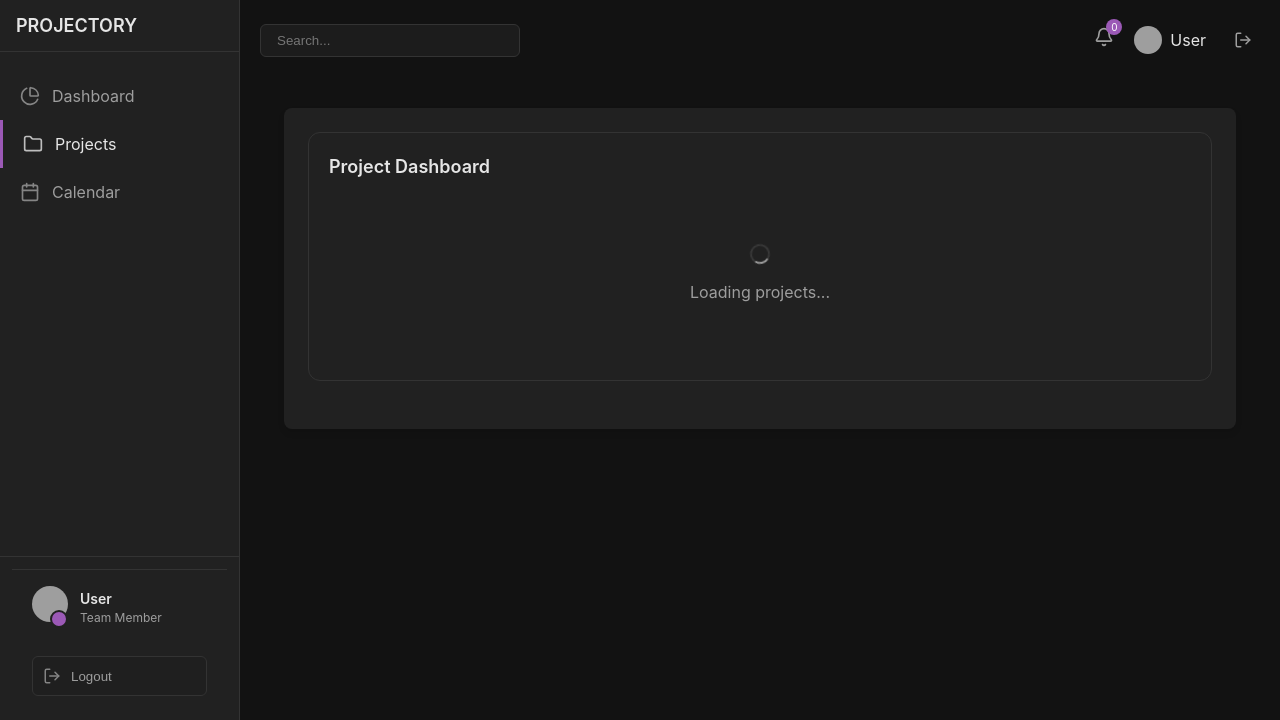
Repository: AnooshaaAli/TaskManagementAndTeamCollaborationTool
Page: /projects (app in frontend/)
The author's editor kept a copy of each file at every save. The page is drawn from the files as they stood at one save, then again after a run of saves.
The browser window is 1280 px wide. The pictures show the whole page.
Pictures or frames that could not be fetched are drawn as grey boxes. The page's requests for data from a server got no answer. The project was rebuilt for these pictures with package versions that can differ from the ones it lists, and the page was loaded fresh each time. No one was signed in, and anything a server would have sent is missing. Also part of the build but not shown: frontend/src/App.css, frontend/src/components/Button.jsx, frontend/src/components/Input.jsx, frontend/src/components/Rope.jsx, frontend/src/styles/logo.css, frontend/src/components/Logo.jsx, frontend/src/pages/LoginPage.jsx, frontend/src/pages/RegisterPage.jsx and 29 more.

Above is the page before, as saved 2025-04-28 00:31:38.

### frontend/src/pages/ProjectsPage.jsx
import React, { useState, useEffect } from 'react';
import { useNavigate } from 'react-router-dom';
import Card from '../components/Card';
import ProjectContainer from '../components/ProjectContainer';
import CalendarComponent from '../components/Calendar';
import "../styles/styles.css";
import "../styles/dashboard.css";
import "../styles/projects_container.css";
import "../styles/projects_page.css";
import { PieChart, ListTodo, Users, Folder, Calendar, Star, Bell, Activity, LogOut } from 'lucide-react';

const ProjectsPage = () => {
  const [userData, setUserData] = useState(null);
  const [loading, setLoading] = useState(true);
  const navigate = useNavigate();
  const [activeSidebarItem, setActiveSidebarItem] = useState('projects');

  useEffect(() => {
    const fetchUserData = async () => {
      try {
        const token = localStorage.getItem("jwtToken");
        const response = await fetch("http://localhost:8080/auth/user", {
          headers: { Authorization: `Bearer ${token}` }
        });
        const userData = await response.json();

        setTimeout(() => {
          setUserData(userData);
          setLoading(false);
        }, 500);
      } catch (error) {
        console.error("Error fetching user data:", error);
        setLoading(false);
      }
    };

    fetchUserData();
  }, []);

  const handleLogout = () => {
    localStorage.removeItem("jwtToken");
    window.location.href = "/login";
  };

  const handleNavigation = (path) => {
    navigate(path);
  };

  const navigateToCalendar = () => {
    setActiveSidebarItem('calendar');
  };

  if (loading) {
    return (
      <div className="dashboard-loading">
        <div className="loading-spinner"></div>
        <p>Loading your workspace...</p>
      </div>
    );
  }

  return (
    <div className="dashboard-container dark-theme">
      <div className="dashboard-sidebar">
        <div className="sidebar-header">
          <h2>PROJECTORY</h2>
        </div>

        <nav className="sidebar-nav">
          <ul>
            <li onClick={() => handleNavigation('/dashboard')}>
              <PieChart size={20} className="nav-icon" />
              <span>Dashboard</span>
            </li>
            <li
              className={activeSidebarItem === 'projects' ? 'active' : ''}
              onClick={() => setActiveSidebarItem('projects')}
              style={{ cursor: 'pointer' }}
            >
              <Folder size={20} className="nav-icon" />
              <span>Projects</span>
            </li>
            <li
              className={activeSidebarItem === 'calendar' ? 'active' : ''}
              onClick={navigateToCalendar}
              style={{ cursor: 'pointer' }}
            >
              <Calendar size={20} className="nav-icon" />
              <span>Calendar</span>
            </li>
          </ul>
        </nav>

        <div className="sidebar-footer">
          <div className="user-profile">
            <div className="avatar-container">
              <img src={userData?.avatar || "/default-avatar.png"} alt="Profile" className="avatar" />
              <div className="status-indicator online"></div>
            </div>
            <div className="user-info">
              <p className="user-name">{userData?.username || "User"}</p>
              <p className="user-role">{userData?.role || "Team Member"}</p>
            </div>
          </div>
          <button className="logout-button" onClick={handleLogout} aria-label="Logout">
            <LogOut size={18} className="logout-icon" />
            <span>Logout</span>
          </button>
        </div>
      </div>

      {/* Main Content */}
      <div className="dashboard-main">
        {/* Header */}
        <header className="dashboard-header">
          <div className="header-search">
            <input type="text" placeholder="Search..." />
          </div>
          <div className="header-actions">
            <div className="notification-bell">
              <Bell size={20} />
              <span className="notification-count">0</span>
            </div>
            <div className="user-dropdown">
              <img src={userData?.avatar || "/default-avatar.png"} alt="Profile" className="avatar-small" />
              <span>{userData?.username || "User"}</span>
            </div>
            <button className="header-logout-button" onClick={handleLogout}>
              <LogOut size={18} />
            </button>
          </div>
        </header>

        {/* Projects Page Content */}
        {activeSidebarItem === 'projects' && (
          <div className="projects-page-content">
            <div className="projects-content">
              <Card className="projects-card full-width">
                <div className="project-container-wrapper">
                  <ProjectContainer userID={userData?.userID} />
                </div>
              </Card>
            </div>
          </div>
        )}

        {/* Calendar Page Content */}
        {activeSidebarItem === 'calendar' && (
          <Card className="calendar-card">
            <div className="card-header">
              <h3>Calendar</h3>
            </div>
            <CalendarComponent />
          </Card>
        )}

      </div>
    </div>
  );
};

export default ProjectsPage;

### frontend/src/components/Card.jsx
// Card.jsx
import React from 'react';
import "../styles/styles.css";

const Card = ({ children, className = "" }) => {
  return (
    <div className={`card ${className}`}>
      {children}
    </div>
  );
};

export default Card;

### frontend/src/styles/projects_container.css
.projects-container {
  background-color: var(--bg-card);
  border: 1px solid var(--border-color);
  border-radius: 12px;
  padding: 20px;
  margin-bottom: 24px;
}

.projects-grid {
  display: grid;
  grid-template-columns: repeat(auto-fill, minmax(300px, 1fr));
  gap: 16px;
  margin-top: 20px;
}

.project-card {
  background-color: var(--bg-primary);
  border: 1px solid var(--border-color);
  border-radius: 8px;
  padding: 16px;
  transition: transform 0.2s, box-shadow 0.2s;
  cursor: pointer;
  height: 100%;
  display: flex;
  flex-direction: column;
}

.project-card:hover {
  transform: translateY(-3px);
  box-shadow: 0 4px 12px var(--shadow-color);
  border-color: var(--primary-color);
}

.project-card-header {
  display: flex;
  align-items: center;
  gap: 10px;
  margin-bottom: 12px;
}

.project-icon {
  color: var(--primary-color);
}

.project-title {
  margin: 0;
  font-size: 16px;
  font-weight: 600;
  color: var(--text-primary);
}

.project-description {
  color: var(--text-secondary);
  font-size: 14px;
  margin-bottom: 16px;
  flex-grow: 1;
}

.project-meta {
  display: flex;
  justify-content: space-between;
  margin-bottom: 16px;
  color: var(--text-secondary);
  font-size: 12px;
}

.project-meta-item {
  display: flex;
  align-items: center;
  gap: 6px;
}

.project-card-footer {
  display: flex;
  justify-content: flex-end;
}

.view-project-btn {
  display: flex;
  align-items: center;
  gap: 6px;
  background-color: transparent;
  color: var(--primary-color);
  border: 1px solid var(--primary-color);
  border-radius: 6px;
  padding: 6px 12px;
  font-size: 12px;
  transition: all 0.2s;
}

.view-project-btn:hover {
  background-color: var(--primary-bg);
}

.back-button {
  display: flex;
  align-items: center;
  gap: 6px;
  background-color: transparent;
  color: var(--text-secondary);
  border: 1px solid var(--border-color);
  border-radius: 6px;
  padding: 8px 16px;
  margin-bottom: 20px;
  font-size: 14px;
  transition: all 0.2s;
}

.back-button:hover {
  background-color: var(--bg-input);
  color: var(--text-primary);
}

.header-actions {
  display: flex;
  align-items: center;
  gap: 12px;
}

.create-project-card {
  background-color: var(--bg-primary);
  border: 1px dashed var(--primary-color);
  border-radius: 8px;
  display: flex;
  align-items: center;
  justify-content: center;
  padding: 24px;
  height: 100%;
  min-height: 180px;
  transition: all 0.2s;
}

.create-project-card:hover {
  background-color: var(--primary-bg);
}

.create-project-btn {
  background-color: transparent;
  border: none;
  color: var(--primary-color);
  display: flex;
  flex-direction: column;
  align-items: center;
  gap: 12px;
  cursor: pointer;
  padding: 12px;
  border-radius: 8px;
  transition: all 0.2s;
}

.create-project-btn span {
  font-size: 14px;
  font-weight: 500;
}

.create-project-form-container {
  background-color: var(--overlay-bg, rgba(0, 0, 0, 0.5));
  position: fixed;
  top: 0;
  left: 0;
  right: 0;
  bottom: 0;
  display: flex;
  align-items: center;
  justify-content: center;
  z-index: 1000;
  padding: 20px;
}

.create-project-form {
  background-color: var(--bg-card);
  border-radius: 8px;
  border: 1px solid var(--border-color);
  width: 100%;
  max-width: 500px;
  padding: 20px;
  box-shadow: 0 8px 16px var(--shadow-color);
}

.form-header {
  display: flex;
  align-items: center;
  margin-bottom: 20px;
  position: relative;
}

.form-header h3 {
  margin: 0;
  margin-left: 10px;
  font-size: 18px;
  font-weight: 600;
  color: var(--text-primary);
}

.close-btn {
  position: absolute;
  right: 0;
  top: 0;
  background: transparent;
  border: none;
  color: var(--text-secondary);
  cursor: pointer;
  padding: 4px;
  border-radius: 4px;
  display: flex;
  align-items: center;
  justify-content: center;
  transition: all 0.2s;
}

.close-btn:hover {
  color: var(--text-primary);
  background-color: var(--bg-item-hover);
}

.form-group {
  margin-bottom: 16px;
}

.form-group label {
  display: block;
  margin-bottom: 6px;
  font-size: 14px;
  color: var(--text-primary);
}

.form-group input,
.form-group textarea {
  width: 100%;
  padding: 10px 12px;
  background-color: var(--bg-input);
  border: 1px solid var(--border-color);
  border-radius: 6px;
  color: var(--text-primary);
  font-size: 14px;
  transition: border-color 0.2s;
}

.form-group input:focus,
.form-group textarea:focus {
  outline: none;
  border-color: var(--primary-color);
  box-shadow: 0 0 0 2px var(--primary-bg);
}

.form-group input::placeholder,
.form-group textarea::placeholder {
  color: var(--text-tertiary);
}

.error-message {
  background-color: var(--error-bg, rgba(220, 38, 38, 0.1));
  color: var(--error-color, #ef4444);
  padding: 10px;
  border-radius: 6px;
  margin-bottom: 16px;
  font-size: 14px;
  border-left: 3px solid var(--error-color, #ef4444);
}

.form-actions {
  display: flex;
  justify-content: flex-end;
  gap: 12px;
  margin-top: 24px;
}

.cancel-btn,
.submit-btn {
  display: flex;
  align-items: center;
  gap: 6px;
  padding: 8px 16px;
  border-radius: 6px;
  font-size: 14px;
  font-weight: 500;
  cursor: pointer;
  transition: all 0.2s;
}

.cancel-btn {
  background-color: transparent;
  border: 1px solid var(--border-color);
  color: var(--text-secondary);
}

.cancel-btn:hover {
  background-color: var(--bg-input);
  color: var(--text-primary);
}

.submit-btn {
  background-color: var(--primary-color);
  border: none;
  color: white;
}

.submit-btn:hover {
  background-color: var(--primary-hover);
}

.submit-btn:disabled,
.cancel-btn:disabled {
  opacity: 0.6;
  cursor: not-allowed;
}

.btn-spinner {
  border: 2px solid rgba(255, 255, 255, 0.3);
  border-radius: 50%;
  border-top: 2px solid #fff;
  width: 16px;
  height: 16px;
  animation: spin 1s linear infinite;
}

@keyframes spin {
  0% { transform: rotate(0deg); }
  100% { transform: rotate(360deg); }
}

/* Additional variables to support both themes */
:root {
  --overlay-bg: rgba(0, 0, 0, 0.7);
  --shadow-color: rgba(0, 0, 0, 0.2);
}

.light-theme {
  --overlay-bg: rgba(0, 0, 0, 0.4);
  --shadow-color: rgba(0, 0, 0, 0.1);
}

### frontend/src/components/ProjectContainer.jsx
import React, { useState, useEffect } from "react";
import ProjectPreview from "./ProjectPreview.jsx";
import Project from "./Project.jsx";
import CreateProject from "./CreateProject.jsx";
import { FolderPlus, ListFilter, ArrowLeft } from 'lucide-react';

const ProjectContainer = ({ userID }) => {
    const [projects, setProjects] = useState([]);
    const [selectedProject, setSelectedProject] = useState(null);
    const [isLoading, setIsLoading] = useState(true);
    const [filter, setFilter] = useState("all");

    useEffect(() => {
        if (!userID) return;
        fetchProjects();
    }, [userID]);

    const fetchProjects = () => {
        setIsLoading(true);
        const token = localStorage.getItem("jwtToken");
        console.log("user id: " + userID)

        fetch("http://localhost:8080/projects/user/" + userID, {
            method: "GET",
            headers: {
                "Authorization": `Bearer ${token}`,
                "Content-Type": "application/json"
            }
        })
            .then(async response => {
                if (!response.ok) {
                    throw new Error(`HTTP error! Status: ${response.status}`);
                }

                const text = await response.text();
                const data = text ? JSON.parse(text) : {};

                console.log("Fetched projects:", data);
                setProjects(Object.values(data));
                setIsLoading(false);
            })
            .catch(error => {
                console.error("Error fetching projects:", error);
                setIsLoading(false);
            });
    };

    const addProject = (newProject) => {
        setProjects(prev => [...prev, newProject]);
    };

    const handleBackToProjects = () => {
        setSelectedProject(null);
        fetchProjects();
    };

    const filteredProjects = projects;

    return (
        <div data-testid="project-container" className="projects-container">
            <div className="card-header">
                <h3>Project Dashboard</h3>
            </div>

            {selectedProject ? (
                <div>
                    <button
                        className="back-button"
                        onClick={handleBackToProjects}
                    >
                        <ArrowLeft size={16} />
                        <span>Back to Projects</span>
                    </button>
                    <Project id={selectedProject} />
                </div>
            ) : (
                <div>
                    {isLoading ? (
                        <div className="empty-state">
                            <div className="loading-spinner"></div>
                            <p>Loading projects...</p>
                        </div>
                    ) : projects.length === 0 ? (
                        <div className="empty-state">
                            <CreateProject userID={userID} onProjectCreated={addProject} />
                        </div>
                    ) : (
                        <div className="projects-grid">
                            {filteredProjects.map((project) => (
                                <ProjectPreview
                                    key={project.projectID}
                                    id={project.projectID}
                                    name={project.name}
                                    onSelect={setSelectedProject}
                                    description={project.description}
                                />
                            ))}
                            <CreateProject userID={userID} onProjectCreated={addProject} />
                        </div>
                    )}
                </div>
            )}
        </div>
    );
};

export default ProjectContainer;

### frontend/src/styles/projects_page.css
.projects-page-content {
    padding: 1.5rem;
  }

  .page-header {
    display: flex;
    justify-content: space-between;
    align-items: center;
    margin-bottom: 1.5rem;
  }

  .projects-content {
    display: flex;
    flex-direction: column;
    gap: 1.5rem;
  }

  .full-width {
    width: 100%;
  }

  .sidebar-nav li {
    cursor: pointer;
    transition: background-color 0.2s;
  }

  .sidebar-nav li:hover {
    background-color: rgba(255, 255, 255, 0.1);
  }

### frontend/src/styles/task-item.css
.task-item {
    display: flex;
    justify-content: space-between;
    align-items: center;
    padding: 0.75rem;
    background-color: rgba(255, 255, 255, 0.05);
    border-radius: 6px;
    border-left: 3px solid var(--primary-color);
    transition: all 0.2s ease;
  }

  .task-item:hover {
    background-color: rgba(255, 255, 255, 0.08);
  }

  .task-item.completed {
    border-left-color: var(--success-color, #10b981);
    opacity: 0.75;
  }

  .task-content {
    display: flex;
    align-items: flex-start;
    gap: 0.75rem;
    width: 100%;
  }

  .status-indicator {
    display: flex;
    align-items: center;
    justify-content: center;
    width: 18px;
    height: 18px;
    border-radius: 50%;
    background-color: rgba(255, 255, 255, 0.1);
  }

  .status-indicator.status-completed {
    background-color: var(--success-color, #10b981);
    color: white;
  }

  .status-indicator.status-progress {
    background-color: var(--warning-color, #f59e0b);
  }

  .status-indicator.status-todo {
    background-color: var(--info-color, #3b82f6);
  }

  .task-details {
    display: flex;
    flex-direction: column;
    gap: 0.25rem;
  }

  .task-title {
    margin: 0;
    font-size: 0.875rem;
    font-weight: 500;
    color: var(--text-primary, #ffffff);
  }

  .completed .task-title {
    text-decoration: line-through;
  }

  .task-deadline {
    display: flex;
    align-items: center;
    gap: 0.25rem;
    font-size: 0.75rem;
    color: var(--text-secondary, rgba(255, 255, 255, 0.7));
  }

  .task-actions {
    display: flex;
    gap: 0.25rem;
    opacity: 0.5;
    transition: opacity 0.2s ease;
  }

  .task-item:hover .task-actions {
    opacity: 1;
  }

  .task-action-btn {
    display: flex;
    align-items: center;
    justify-content: center;
    background: transparent;
    border: none;
    color: var(--text-secondary, rgba(255, 255, 255, 0.7));
    cursor: pointer;
    padding: 0.25rem;
    border-radius: 4px;
    transition: all 0.2s ease;
  }

  .task-action-btn:hover {
    background-color: rgba(255, 255, 255, 0.1);
  }

  .task-action-btn.edit:hover {
    color: var(--warning-color, #f59e0b);
  }

  .task-action-btn.delete:hover {
    color: var(--error-color, #ef4444);
  }

  .task-action-btn.save:hover {
    color: var(--success-color, #10b981);
  }

  .task-action-btn.assign:hover:hover {
    color: var(--success-color, #10b981);
  }

  /* Edit mode styles */
  .task-edit-form {
    width: 100%;
    display: flex;
    flex-direction: column;
    gap: 0.5rem;
  }

  .task-edit-input {
    width: 100%;
    background-color: rgba(255, 255, 255, 0.1);
    border: none;
    border-radius: 4px;
    padding: 0.5rem;
    color: var(--text-primary, #ffffff);
    font-size: 0.875rem;
  }

  .task-edit-controls {
    display: flex;
    align-items: center;
    gap: 0.5rem;
    flex-wrap: wrap;
  }

  .task-status-select {
    background-color: rgba(255, 255, 255, 0.1);
    border: none;
    border-radius: 4px;
    padding: 0.25rem 0.5rem;
    color: var(--text-primary, #ffffff);
    font-size: 0.75rem;
  }

  .task-date-input {
    background-color: rgba(255, 255, 255, 0.1);
    border: none;
    border-radius: 4px;
    padding: 0.25rem 0.5rem;
    color: var(--text-primary, #ffffff);
    font-size: 0.75rem;
    color-scheme: dark;
  }

  .task-edit-actions {
    display: flex;
    gap: 0.25rem;
    margin-left: auto;
  }

/* Assign Task Component Styles */

.form-container {
  background: #f8f9fa;
  padding: 20px;
  border-radius: 8px;
  box-shadow: 0 4px 6px rgba(0, 0, 0, 0.1);
  width: 300px;
  text-align: center;
  margin: auto;
}

.input-field {
  width: 100%;
  padding: 10px;
  margin-top: 10px;
  border: 1px solid #ccc;
  border-radius: 5px;
}

.button {
  background-color: #007bff;
  color: white;
  border: none;
  padding: 10px 15px;
  border-radius: 5px;
  cursor: pointer;
  margin-top: 10px;
  transition: 0.3s;
}

.button:hover {
  background-color: #0056b3;
}

.message {
  margin-top: 10px;
  font-weight: bold;
  color: green;
}

.error {
  color: red;
}

/* Add these to your existing CSS */
.task-action-btn.assign:hover {
  color: var(--primary-color, #6366f1);
}

/* Error message styling */
.modal-body p.error-message {
  background-color: rgba(239, 68, 68, 0.2);
  color: #ef4444;
  border: 1px solid rgba(239, 68, 68, 0.3);
}

/* Success message styling */
.modal-body p.success-message {
  background-color: rgba(16, 185, 129, 0.2);
  color: #10b981;
  border: 1px solid rgba(16, 185, 129, 0.3);
}

.modal-title {
  display: flex;
  flex-direction: column;
  gap: 0.5rem;
}

.task-title-badge {
  display: inline-block;
  background-color: rgba(155, 89, 182, 0.15);
  color: #c084fc;
  font-size: 0.85rem;
  padding: 0.25rem 0.75rem;
  border-radius: 999px;
  max-width: 300px;
  overflow: hidden;
  text-overflow: ellipsis;
  white-space: nowrap;
}

Loaded but not shown: frontend/public/index.html (common file); frontend/src/index.js (common file); frontend/src/index.css (common file); frontend/src/reportWebVitals.js (common file); frontend/src/App.js (22 lines, source omitted); frontend/src/styles/project.css (713 lines, source omitted); frontend/src/styles/dashboard.css (677 lines, source omitted); frontend/src/styles/file.css (492 lines, source omitted); frontend/src/styles/styles.css (412 lines, source omitted)

After the next 5 saves:
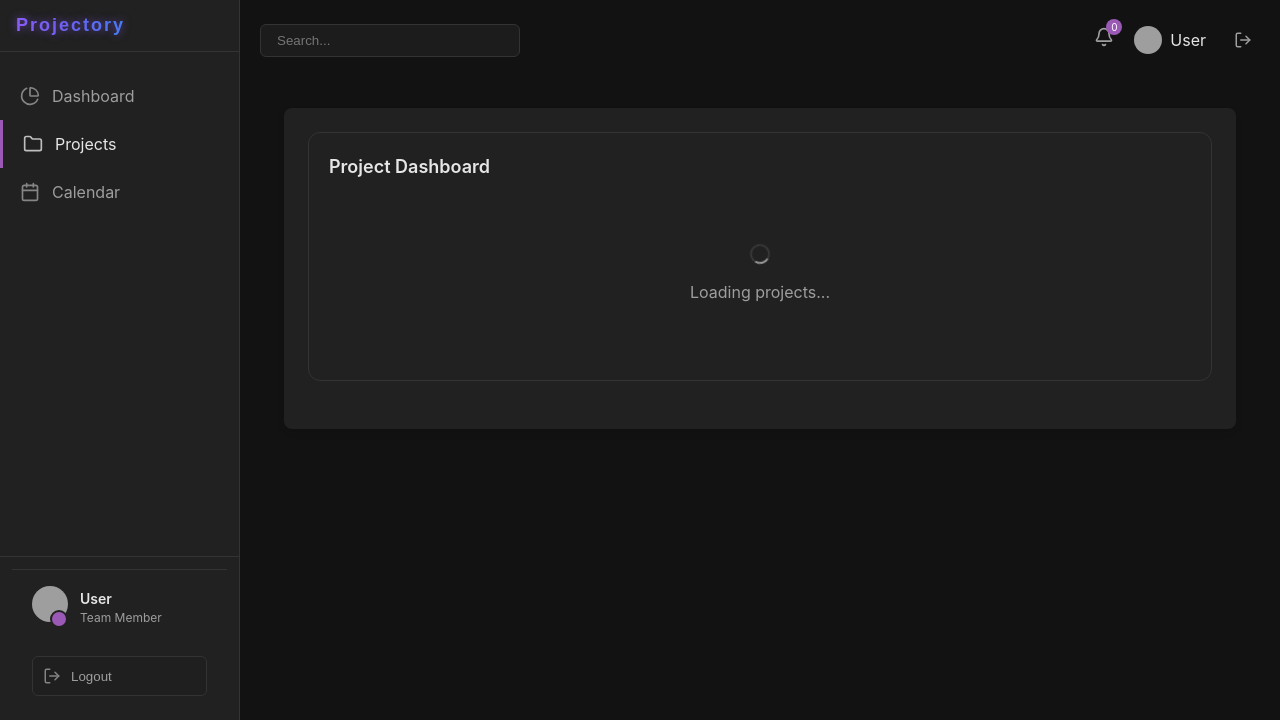
The 5 saves are shown as one change because they came seconds apart.
The last was saved 47 s later.
--- a/frontend/src/pages/ProjectsPage.jsx
+++ b/frontend/src/pages/ProjectsPage.jsx
@@ -63,7 +63,7 @@
     <div className="dashboard-container dark-theme">
       <div className="dashboard-sidebar">
         <div className="sidebar-header">
-          <h2>PROJECTORY</h2>
+          <h2 className='app-name'>Projectory</h2>
         </div>
 
         <nav className="sidebar-nav">
